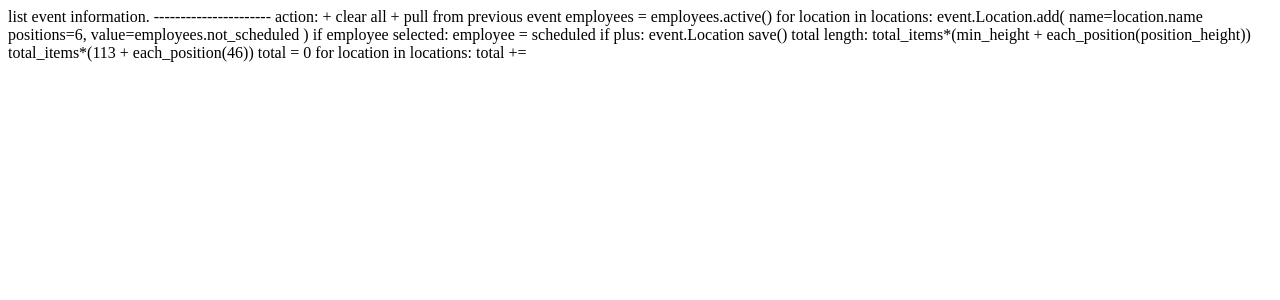
Repository: matthewrr/Employee-Scheduling-App
Page: outline.html
The author's editor kept a record of every edit. The page is drawn from the files as they stood at one moment, then again after the next edit.
The browser window is 1280 px wide. The pictures show the whole page.

Above is the page before.

### outline.html
list event information.
----------------------
action:
    + clear all
    + pull from previous event

employees = employees.active()

for location in locations:
    event.Location.add(
        name=location.name
        positions=6,
        value=employees.not_scheduled
        )

if employee selected:
    employee = scheduled
if plus:
    event.Location

save()

total length:
    total_items*(min_height + each_position(position_height))

    total_items*(113 + each_position(46))

total = 0
for location in locations:
    total +=

After the next edit:
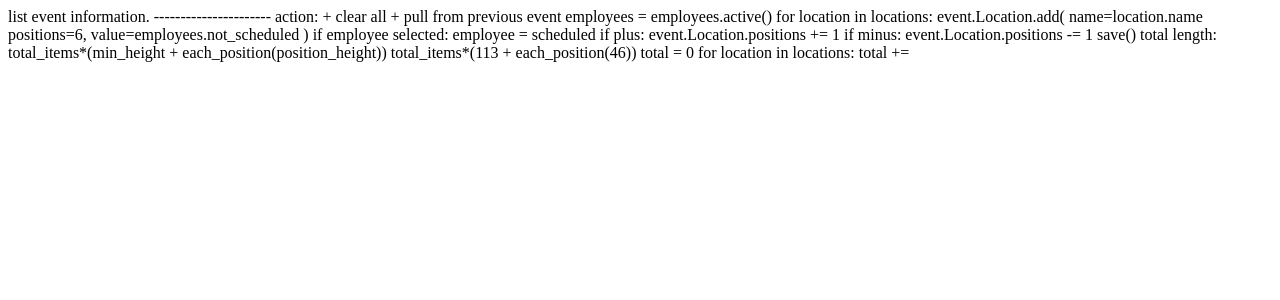
The edit:
--- a/outline.html
+++ b/outline.html
@@ -16,7 +16,9 @@
 if employee selected:
     employee = scheduled
 if plus:
-    event.Location
+    event.Location.positions += 1
+if minus:
+    event.Location.positions -= 1
 
 save()
 
